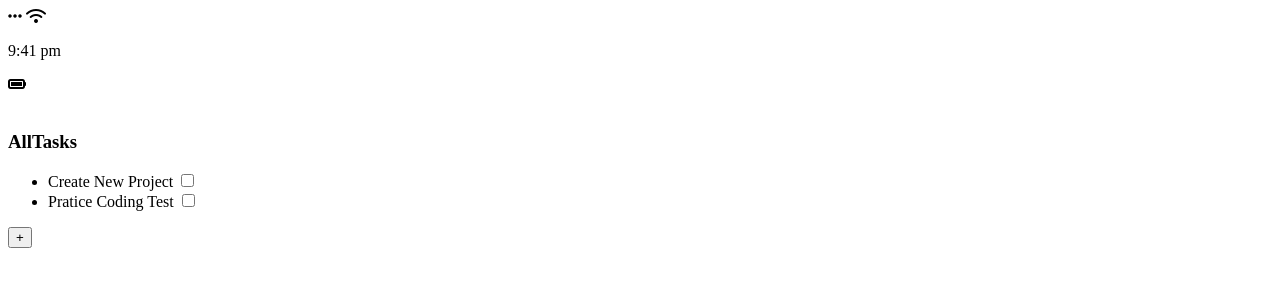
Repository: EEOOOO/javascript-projects
Page: todoListApp/index.html
An editor plug-in stored every save of this project. The page is shown before and after the next save, followed by the edit.
The browser window is 1280 px wide. The pictures show the whole page.
Some icons come from a web library that is not loaded, so they are not drawn. Some web libraries are served in a nearby version.

Above is the page before, as saved 2022-07-29 15:27:13.

After the next save:
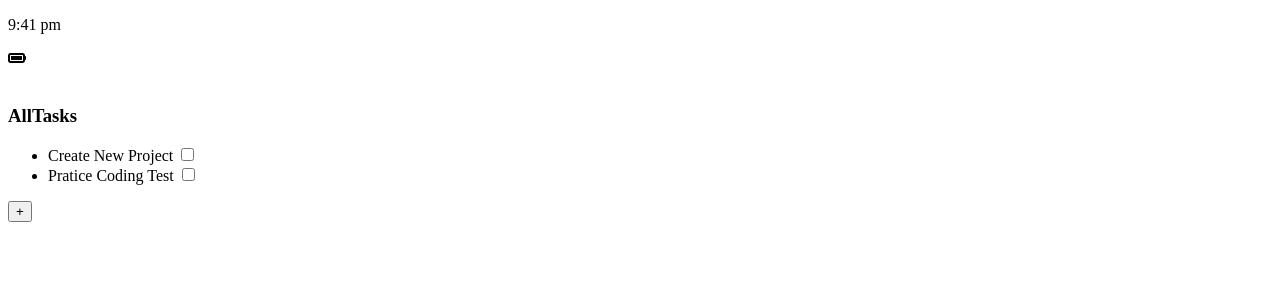
Saved 2 min 37 s later.
--- a/todoListApp/index.html
+++ b/todoListApp/index.html
@@ -12,8 +12,8 @@
 <body>
     <section class="container">
         <section class="defaultIcons">
-            <i class="fa-solid fa-ellipsis"></i>
-            <i class="fa-solid fa-wifi"></i>
+            <i class="fas-solid fas-ellipsis"></i>
+            <i class="fas-solid fas-wifi"></i>
             <p class="time">9:41 pm</p>
             <span class="batterySpan"></span>
             <i class="fa-solid fa-battery-full"></i>

After the 3 saves that followed:
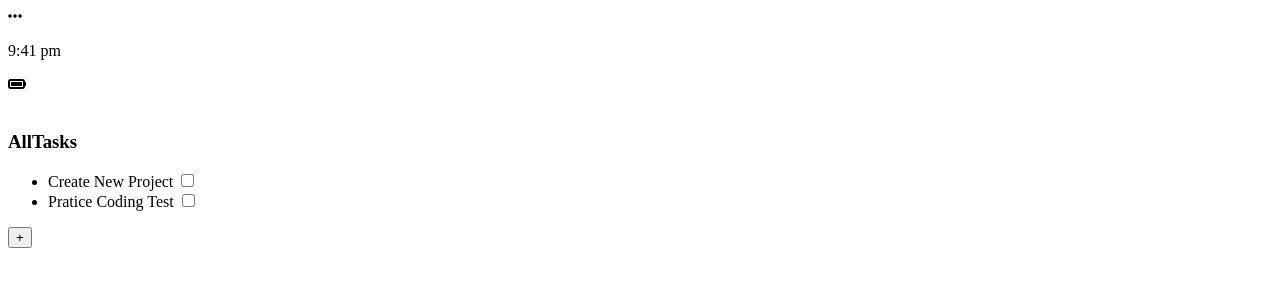
The 3 saves are shown as one change because 1 left the picture as it was and some came seconds apart.
The last was saved 50 s later.
--- a/todoListApp/index.html
+++ b/todoListApp/index.html
@@ -12,8 +12,8 @@
 <body>
     <section class="container">
         <section class="defaultIcons">
-            <i class="fas-solid fas-ellipsis"></i>
-            <i class="fas-solid fas-wifi"></i>
+            <i class="fas fa-ellipsis"></i>
+            <i class="fas-solid fa-wifi"></i>
             <p class="time">9:41 pm</p>
             <span class="batterySpan"></span>
             <i class="fa-solid fa-battery-full"></i>
